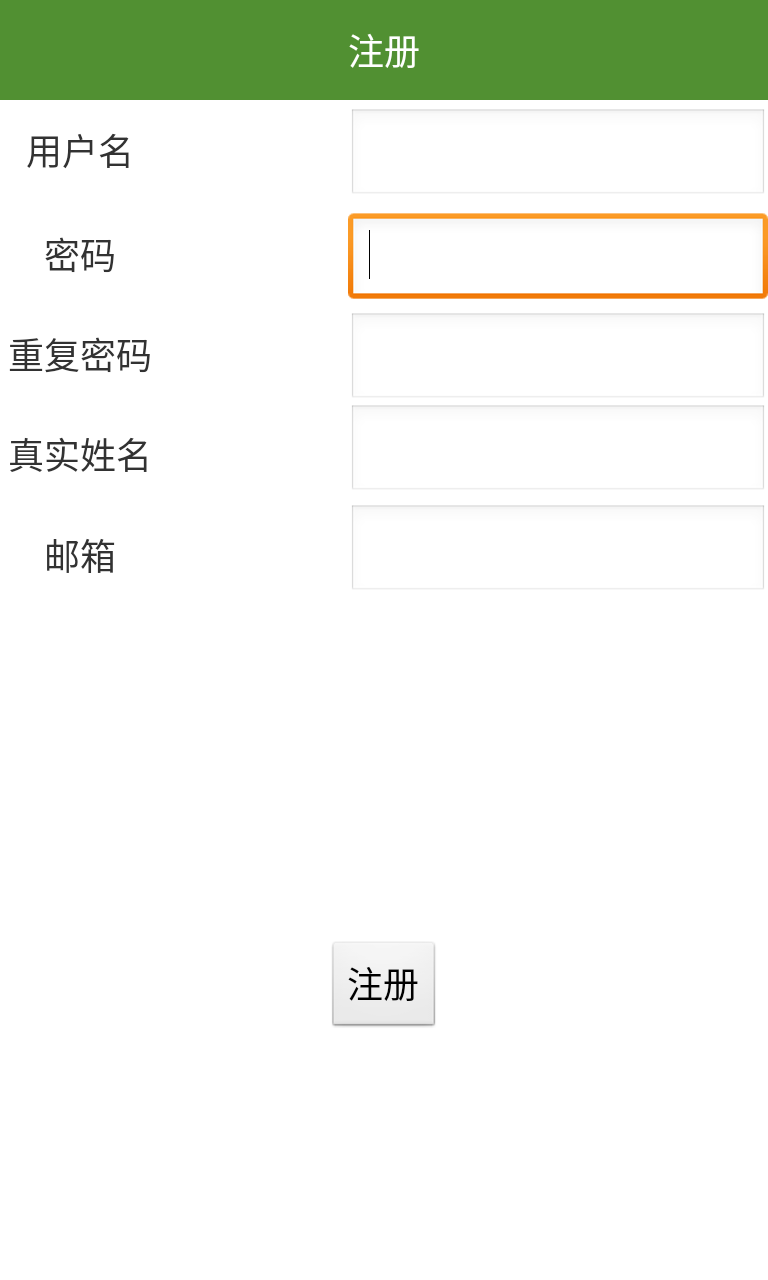
Repository: xuelang201201/Android
Layout: Android网络/android_day03_ems/res/layout/activity_register.xml
These files come from the project's save history. The layout is drawn as it stood at one moment and after the next save; the edit follows.
It is drawn on a 768 x 1280 px phone screen (xhdpi) without system bars, with theme android:Theme.Light.NoTitleBar; the app's code is not run.

Above is the layout before, as saved 2016-03-04 00:11:49.

### Android网络/android_day03_ems/res/layout/activity_register.xml
<RelativeLayout xmlns:android="http://schemas.android.com/apk/res/android"
    xmlns:tools="http://schemas.android.com/tools"
    android:layout_width="match_parent"
    android:layout_height="match_parent"
    tools:context=".AddEmpActivity" >

    <TextView
        android:id="@+id/tv_register_emp_title"
        android:layout_width="match_parent"
        android:layout_height="50dp"
        android:background="#519032"
        android:gravity="center"
        android:text="注册"
        android:textColor="#ffffff"
        android:textSize="18sp" />

    <TextView
        android:id="@+id/tv_register_emp_username"
        android:layout_width="80dp"
        android:layout_height="50dp"
        android:layout_alignParentLeft="true"
        android:layout_below="@+id/tv_register_emp_title"
        android:gravity="center"
        android:text="用户名"
        android:textSize="18sp" />

    <Button
        android:id="@+id/btn_register_emp"
        android:layout_width="wrap_content"
        android:layout_height="wrap_content"
        android:layout_alignParentBottom="true"
        android:layout_centerHorizontal="true"
        android:layout_marginBottom="122dp"
        android:onClick="doClick"
        android:text="注册"
        android:textSize="18sp" />

    <EditText
        android:id="@+id/et_register_emp_username"
        android:layout_width="wrap_content"
        android:layout_height="wrap_content"
        android:layout_alignBaseline="@+id/tv_register_emp_username"
        android:layout_alignBottom="@+id/tv_register_emp_username"
        android:layout_alignParentRight="true"
        android:ems="10"
        android:singleLine="true" />

    <TextView
        android:id="@+id/tv_register_emp_pwd"
        android:layout_width="80dp"
        android:layout_height="50dp"
        android:layout_alignParentLeft="true"
        android:layout_below="@+id/et_register_emp_username"
        android:gravity="center"
        android:text="密码"
        android:textSize="18sp" />

    <TextView
        android:id="@+id/tv_register_emp_repwd"
        android:layout_width="80dp"
        android:layout_height="50dp"
        android:layout_alignParentLeft="true"
        android:layout_below="@+id/tv_register_emp_pwd"
        android:gravity="center"
        android:text="重复密码"
        android:textSize="18sp" />

    <TextView
        android:id="@+id/tv_register_emp_realname"
        android:layout_width="80dp"
        android:layout_height="50dp"
        android:layout_alignParentLeft="true"
        android:layout_below="@+id/tv_register_emp_repwd"
        android:gravity="center"
        android:text="真实姓名"
        android:textSize="18sp" />

    <TextView
        android:id="@+id/tv_register_emp_email"
        android:layout_width="80dp"
        android:layout_height="50dp"
        android:layout_alignParentLeft="true"
        android:layout_below="@+id/tv_register_emp_realname"
        android:gravity="center"
        android:inputType="textEmailAddress"
        android:text="邮箱"
        android:textSize="18sp" />

    <EditText
        android:id="@+id/et_register_emp_pwd"
        android:layout_width="wrap_content"
        android:layout_height="wrap_content"
        android:layout_alignBaseline="@+id/tv_register_emp_pwd"
        android:layout_alignBottom="@+id/tv_register_emp_pwd"
        android:layout_alignLeft="@+id/et_register_emp_username"
        android:ems="10"
        android:inputType="textPassword" >

        <requestFocus />
    </EditText>

    <EditText
        android:id="@+id/et_register_emp_repwd"
        android:layout_width="wrap_content"
        android:layout_height="wrap_content"
        android:layout_alignBaseline="@+id/tv_register_emp_repwd"
        android:layout_alignBottom="@+id/tv_register_emp_repwd"
        android:layout_alignLeft="@+id/et_register_emp_pwd"
        android:ems="10"
        android:inputType="textPassword" />

    <EditText
        android:id="@+id/et_register_emp_email"
        android:layout_width="wrap_content"
        android:layout_height="wrap_content"
        android:layout_alignLeft="@+id/et_register_emp_realname"
        android:layout_below="@+id/tv_register_emp_realname"
        android:ems="10"
        android:inputType="textEmailAddress" />

    <EditText
        android:id="@+id/et_register_emp_realname"
        android:layout_width="wrap_content"
        android:layout_height="wrap_content"
        android:layout_alignParentRight="true"
        android:layout_below="@+id/tv_register_emp_repwd"
        android:ems="10"
        android:inputType="textPersonName" />

</RelativeLayout>

After the next save:
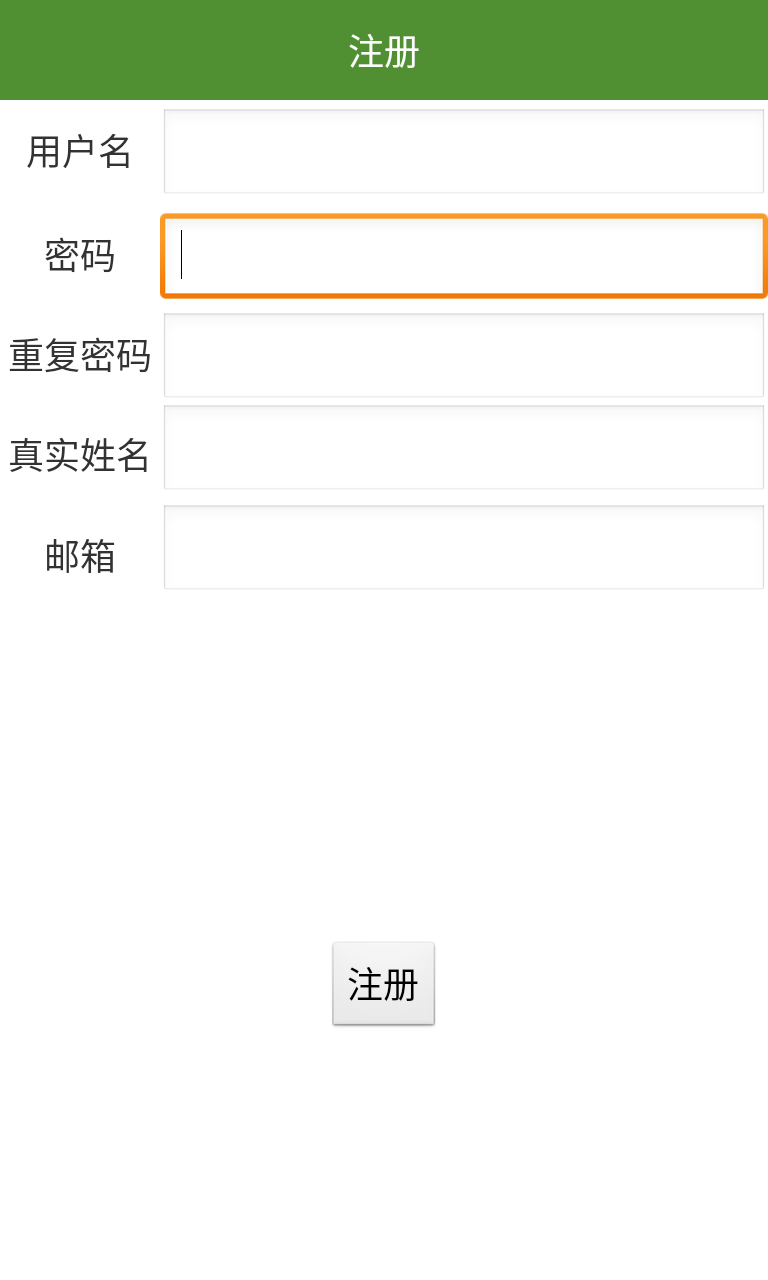
Saved 82 s later.
--- a/Android网络/android_day03_ems/res/layout/activity_register.xml
+++ b/Android网络/android_day03_ems/res/layout/activity_register.xml
@@ -42,6 +42,7 @@
         android:layout_alignBaseline="@+id/tv_register_emp_username"
         android:layout_alignBottom="@+id/tv_register_emp_username"
         android:layout_alignParentRight="true"
+        android:layout_toRightOf="@+id/tv_register_emp_username"
         android:ems="10"
         android:singleLine="true" />
 
@@ -93,6 +94,7 @@
         android:layout_alignBaseline="@+id/tv_register_emp_pwd"
         android:layout_alignBottom="@+id/tv_register_emp_pwd"
         android:layout_alignLeft="@+id/et_register_emp_username"
+        android:layout_alignParentRight="true"
         android:ems="10"
         android:inputType="textPassword" >
 
@@ -106,6 +108,7 @@
         android:layout_alignBaseline="@+id/tv_register_emp_repwd"
         android:layout_alignBottom="@+id/tv_register_emp_repwd"
         android:layout_alignLeft="@+id/et_register_emp_pwd"
+        android:layout_alignParentRight="true"
         android:ems="10"
         android:inputType="textPassword" />
 
@@ -114,6 +117,7 @@
         android:layout_width="wrap_content"
         android:layout_height="wrap_content"
         android:layout_alignLeft="@+id/et_register_emp_realname"
+        android:layout_alignParentRight="true"
         android:layout_below="@+id/tv_register_emp_realname"
         android:ems="10"
         android:inputType="textEmailAddress" />
@@ -122,6 +126,7 @@
         android:id="@+id/et_register_emp_realname"
         android:layout_width="wrap_content"
         android:layout_height="wrap_content"
+        android:layout_alignLeft="@+id/et_register_emp_repwd"
         android:layout_alignParentRight="true"
         android:layout_below="@+id/tv_register_emp_repwd"
         android:ems="10"
